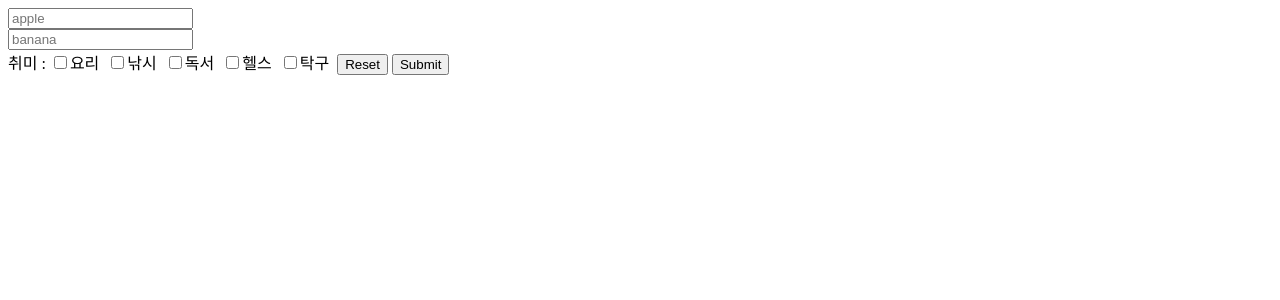
Repository: eyonghwan/jsp_practice
Page: http://localhost/JSPBasic/JspObject/1.requests/req_param_send.jsp
An editor plug-in stored every save of this project. The page is shown before and after the next save, followed by the edit.
The browser window is 1280 px wide. The pictures show the whole page.
The page is served by Tomcat 9.

Above is the page before, as saved 2022-02-03 06:32:17.

After the next save:
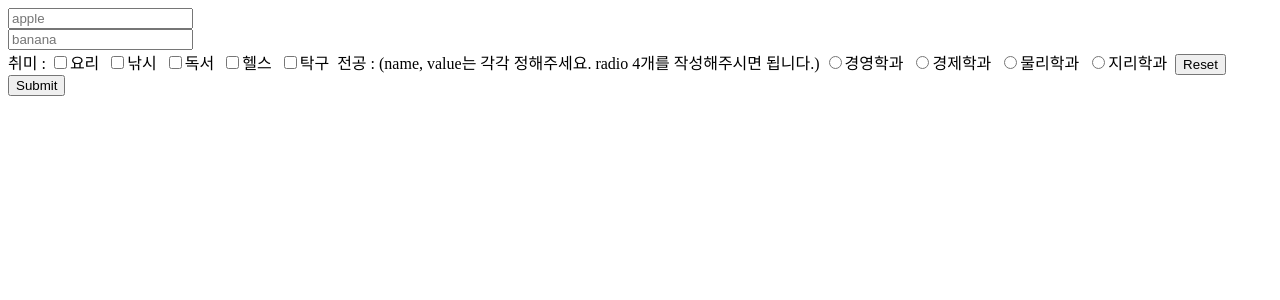
Saved 116 s later.
--- a/JSPBasic/src/main/webapp/JspObject/1.requests/req_param_send.jsp
+++ b/JSPBasic/src/main/webapp/JspObject/1.requests/req_param_send.jsp
@@ -22,6 +22,12 @@ reset버튼과 submit버튼도 각각 하나씩 만들어주세요. --%>
 	<input type="checkbox" name="hobby" value="헬스">헬스&nbsp;
 	<input type="checkbox" name="hobby" value="탁구">탁구&nbsp;
 
+	전공 : (name, value는 각각 정해주세요. radio 4개를 작성해주시면 됩니다.)
+	<input type="radio" name="major" value="경영">경영학과&nbsp;
+	<input type="radio" name="major" value="경제">경제학과&nbsp;
+	<input type="radio" name="major" value="물리">물리학과&nbsp;
+	<input type="radio" name="major" value="지리">지리학과&nbsp;
+
 	<input type="reset"/>
 	<input type="submit"/>
 </form>
